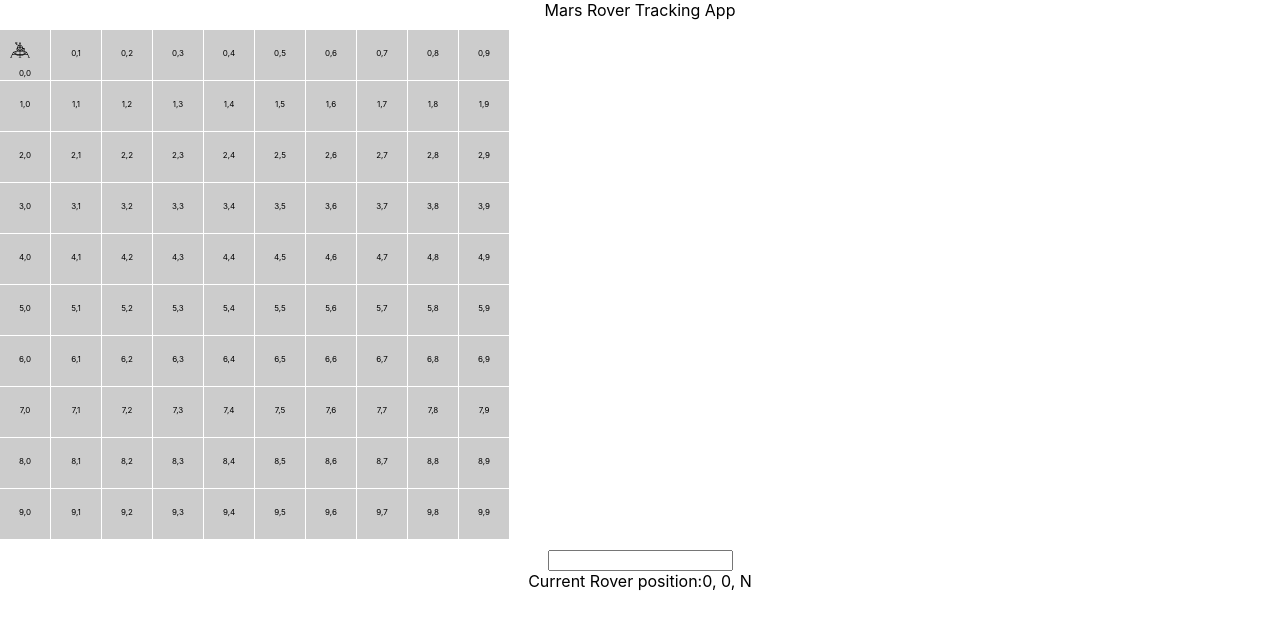
Repository: madhurisandbhor/Rover-Tracking-App
Page: /
These files come from the project's save history. The page is drawn as it stood at one moment and after the next save; the edit follows.
The browser window is 1280 px wide. The pictures show the whole page.
The project was rebuilt for these pictures with package versions that can differ from the ones it lists, and the page was loaded fresh each time.

Above is the page before, as saved 2021-09-06 18:47:30.

After the next save:
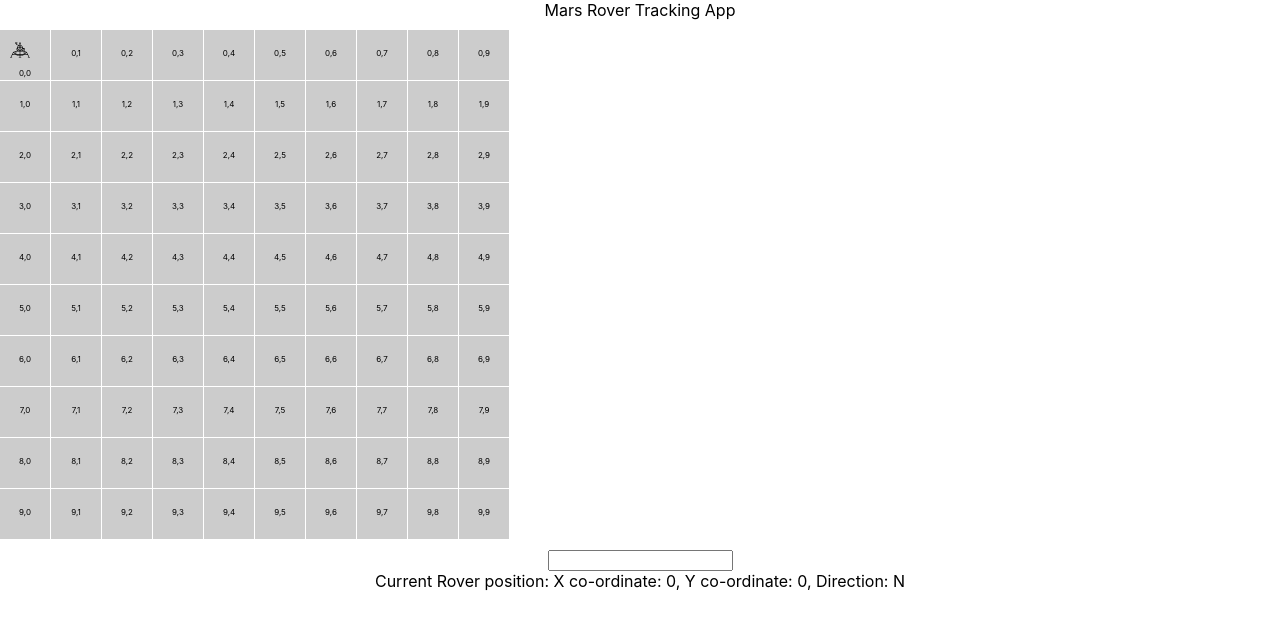
Saved 63 s later.
--- a/src/Grid.jsx
+++ b/src/Grid.jsx
@@ -64,8 +64,8 @@ const Grid = () => {
         onChange={(event) => setInput(event.target.value)}
       />
       <div>
-        Current Rover position:
-        {roverXPosition}, {roverYPosition}, {roverDirection}
+        Current Rover position: X co-ordinate: {roverXPosition}, Y co-ordinate:{' '}
+        {roverYPosition}, Direction: {roverDirection}
       </div>
     </div>
   )
